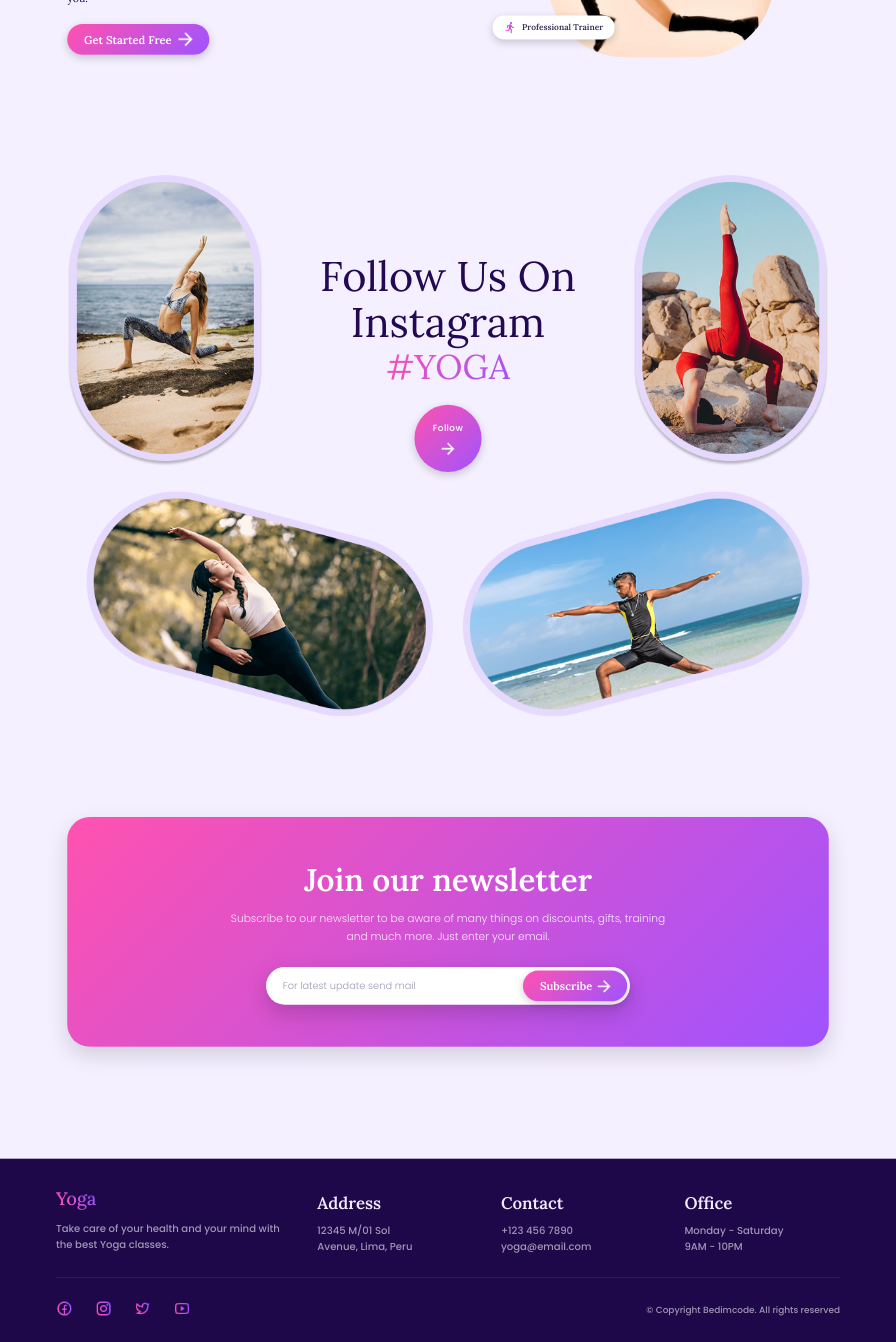
Repository: EunsuhJeon/responsive-yoga-website
Page: index.html
These files come from the project's save history. The page is drawn as it stood at one moment and after the next save; the edit follows.
The browser window is 1280 px wide. The pictures show the part of the page from y = 1596 to 3516 px (the page is 3513 px tall before and 3516 px after), at 70% of full size.

Above is the page before, as saved 2025-11-27 01:27:35.

After the next save:
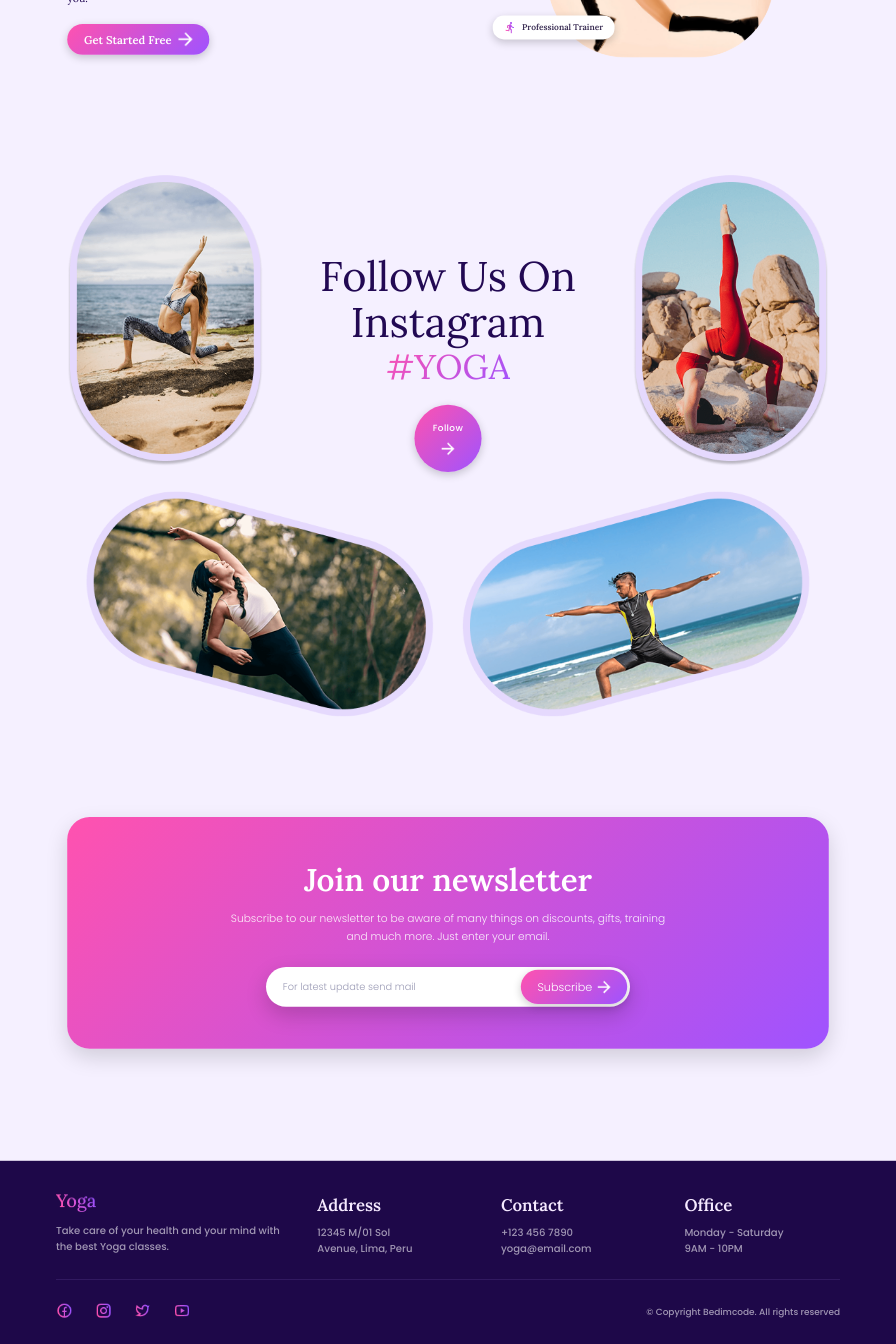
Saved 55 s later.
--- a/main.css
+++ b/main.css
@@ -895,6 +895,8 @@ header a{
   color: var(--btn-text);
   box-shadow: var(--btn-shadow);
   flex-shrink: 0;
+  font-family: "Poppins", sans-serif;
+  font-weight: 300;
 }
 
 .newsletter-btn .btn-icon {
